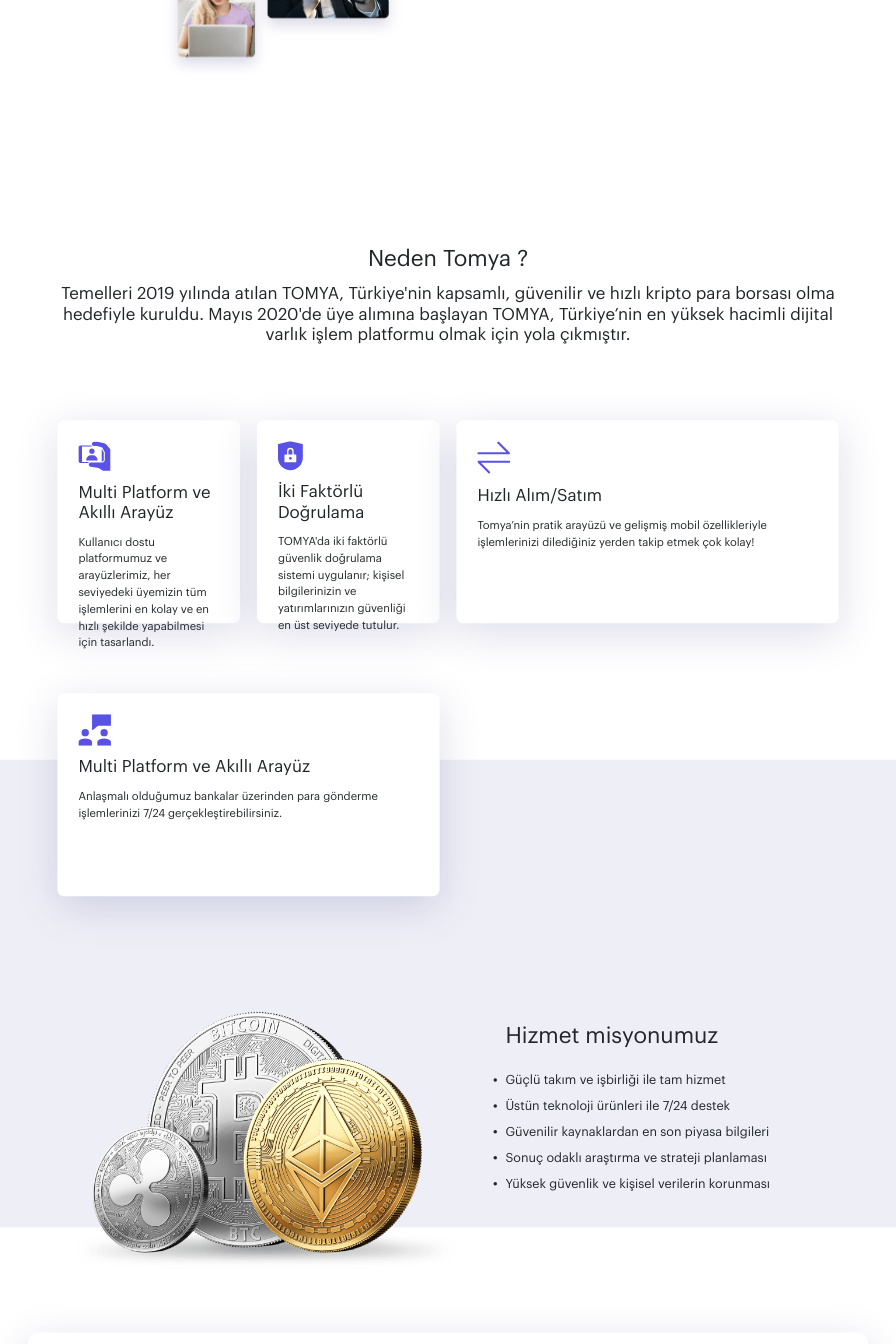
Repository: ezgibayrakli/TomyaProje
Page: index copy.html
The author's editor kept a copy of each file at every save. The page is drawn from the files as they stood at one save, then again after a run of saves.
The browser window is 1280 px wide. The pictures show the part of the page from y = 558 to 2478 px (the page is 5611 px tall), at 70% of full size.
Some web fonts or font styles are not loaded; a fallback is used.

Above is the page before, as saved 2023-07-08 14:59:59.

After the next 2 saves:
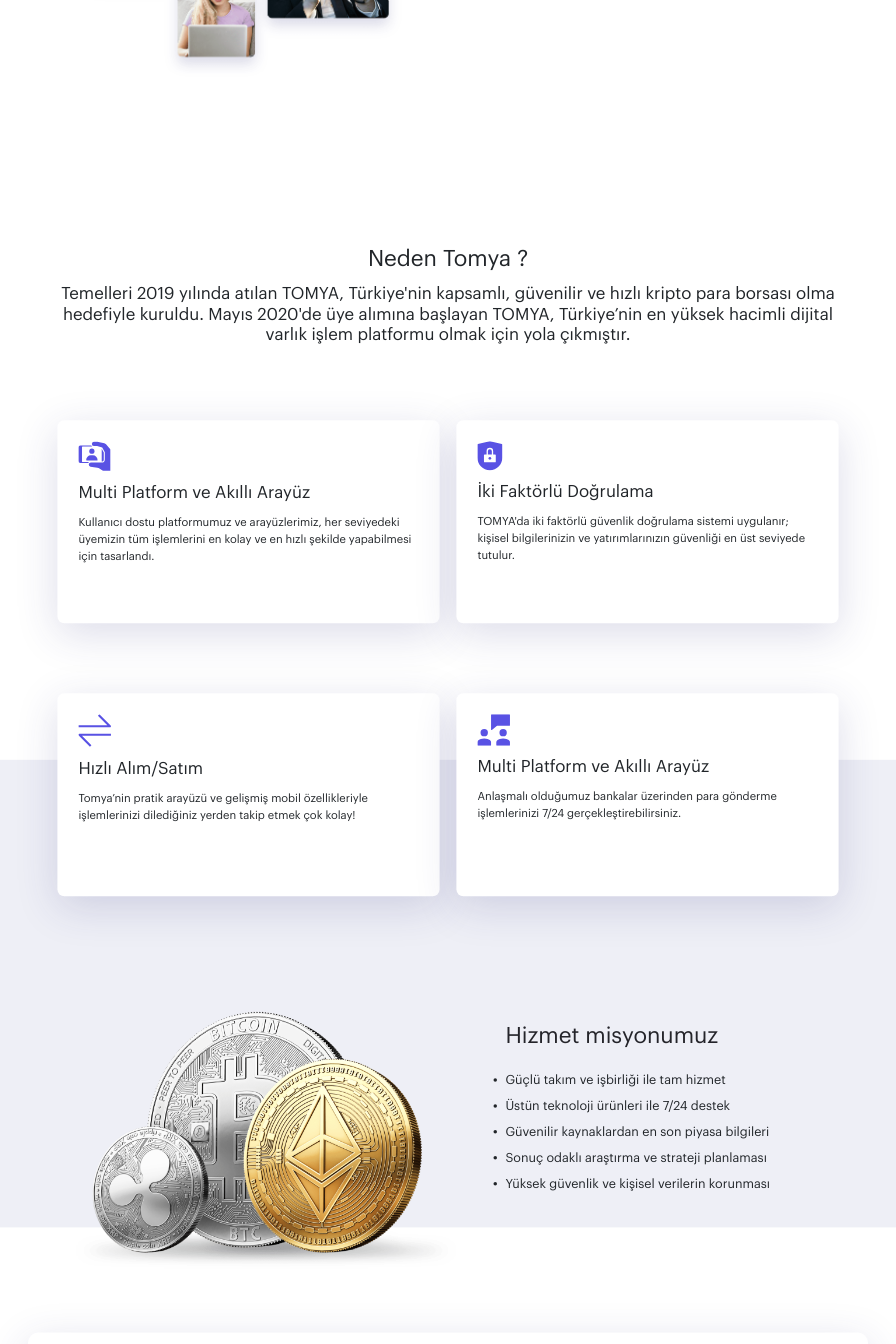
The 2 saves are shown as one change because they came seconds apart.
The last was saved 11 s later.
--- a/index copy.html
+++ b/index copy.html
@@ -78,7 +78,7 @@
               <h2 class="text-md-center mt-5">Neden Tomya ?</h2>
               <h4 class="text-md-center mt-3">Temelleri 2019 yılında atılan TOMYA, Türkiye'nin kapsamlı, güvenilir ve hızlı kripto para borsası olma hedefiyle kuruldu. Mayıs 2020'de üye alımına başlayan TOMYA, Türkiye’nin en yüksek hacimli dijital varlık işlem platformu olmak için yola çıkmıştır.</h4>
             <div class="row">
-                <div class="col-sm-12 col-md-3">
+                <div class="col-sm-12 col-md-6 col-">
                     <div class="box">
                         <img src="photo/ic-selfie.svg" alt="" class="icon">
                         <div class="box-text">
@@ -87,7 +87,7 @@
                         </div>
                     </div>
                 </div>
-                <div class="col-sm-12 col-md-3">
+                <div class="col-sm-12 col-md-6">
                     <div class="box">
                         <img src="photo/ic-privacy.svg" alt="" class="icon">
                         <div class="box-text">
